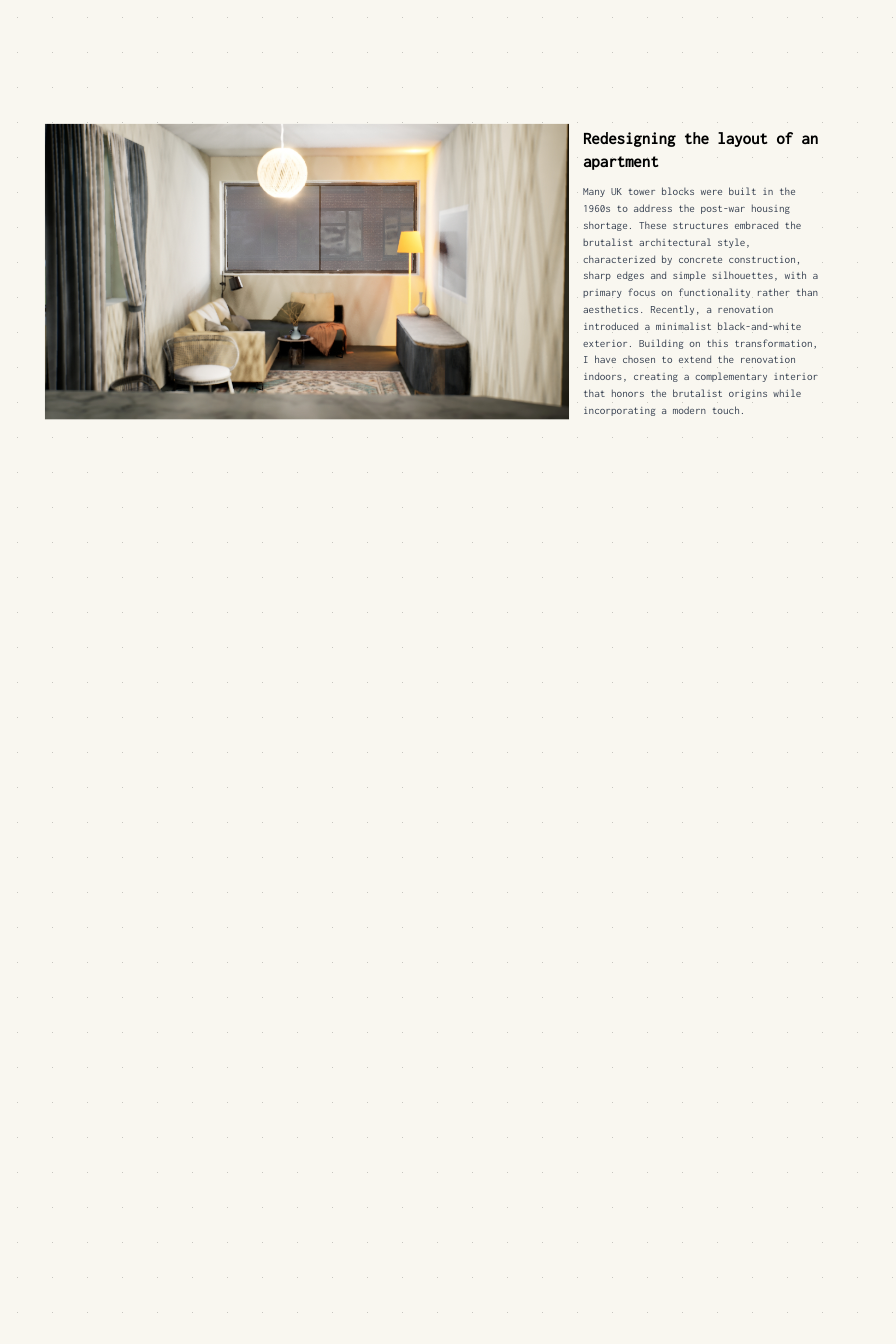
Repository: BBRRE/Portfolio-V2
Page: /#/Architecture
The author's editor kept a copy of each file at every save. The page is drawn from the files as they stood at one save, then again after the next save.
The browser window is 1280 px wide. The pictures show the part of the page from y = 0 to 1920 px (the page is 8069 px tall before and 4162 px after), at 70% of full size.
Some web fonts or font styles are not loaded; a fallback is used. The project was rebuilt for these pictures with package versions that can differ from the ones it lists, and the page was loaded fresh each time. Also part of the build but not shown: vite.config.js, src/Subjects/CompSci.jsx, src/Subjects/EEng.jsx, src/Subjects/Other.jsx, src/Projects Overview.jsx, src/HomePage.jsx, src/ErrorBoundary.jsx.

Above is the page before, as saved 2024-11-26 19:15:53.

After the next save:
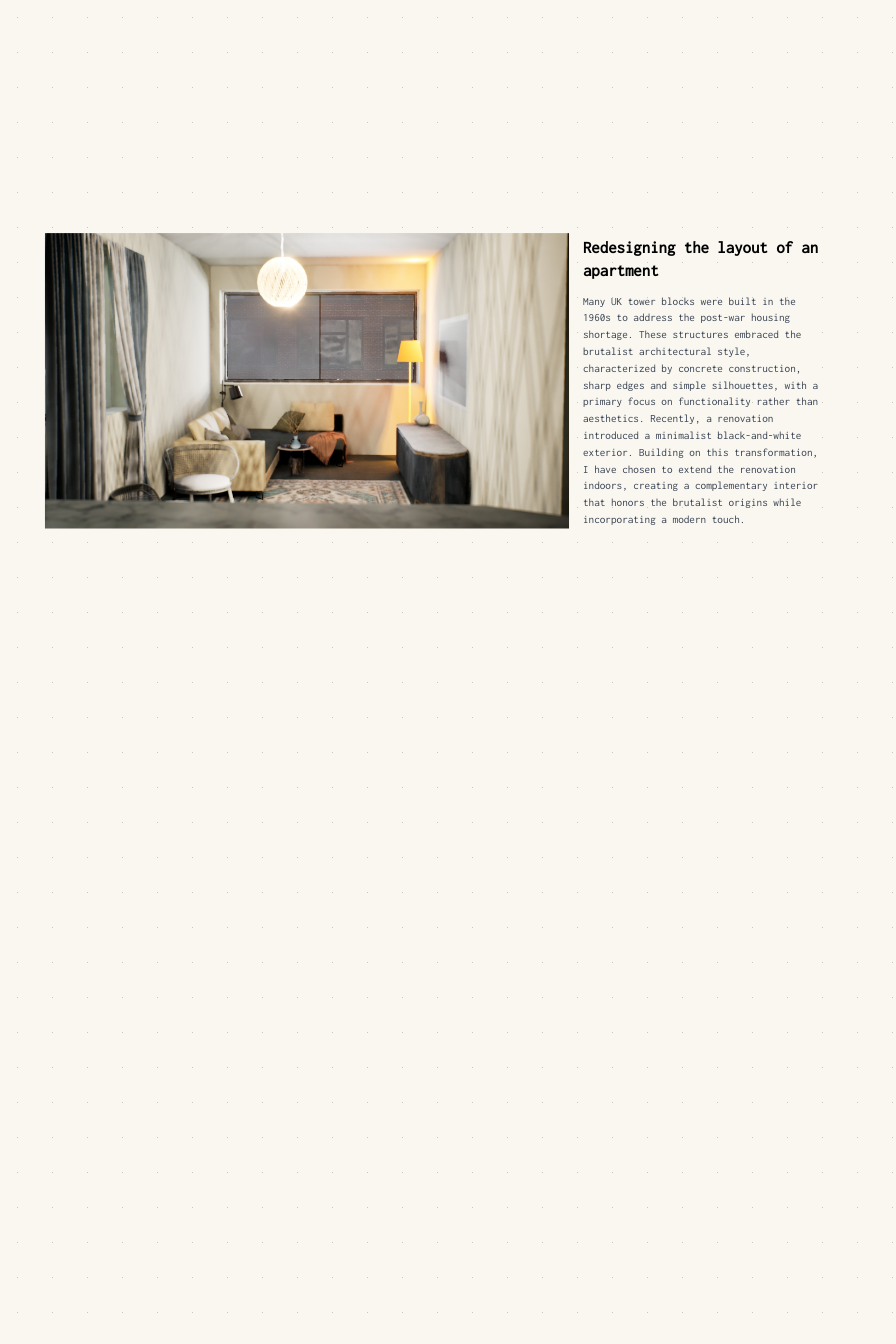
Saved 61 s later.
--- a/src/Subjects/Archi.jsx
+++ b/src/Subjects/Archi.jsx
@@ -95,10 +95,10 @@ const Arcchi = () => {
         animate="visible"
         variants={containerVariants}
       >
-        <div className="flex w-full mx-auto max-w-[1200px] flex-col px-4 md:px-6">
+        <div className={`flex w-full mx-auto max-w-[1200px] flex-col px-4 md:px-6  ${isExpanded ? '' : 'h-0'}`}>
           {/* Initial hero section */}
           <div
-            className={`flex flex-col md:flex-row w-full mx-auto max-w-[1200px] h-[60vh] md:h-[80vh] cursor-pointer relative z-10  ${isExpanded ? '' : 'h-0'}`}
+            className={`flex flex-col md:flex-row w-full mx-auto max-w-[1200px] h-[60vh] md:h-[80vh] cursor-pointer relative z-10 `}
             onClick={() => setIsExpanded(!isExpanded)}
           >
             {/* Mobile Image */}

After the save that followed:
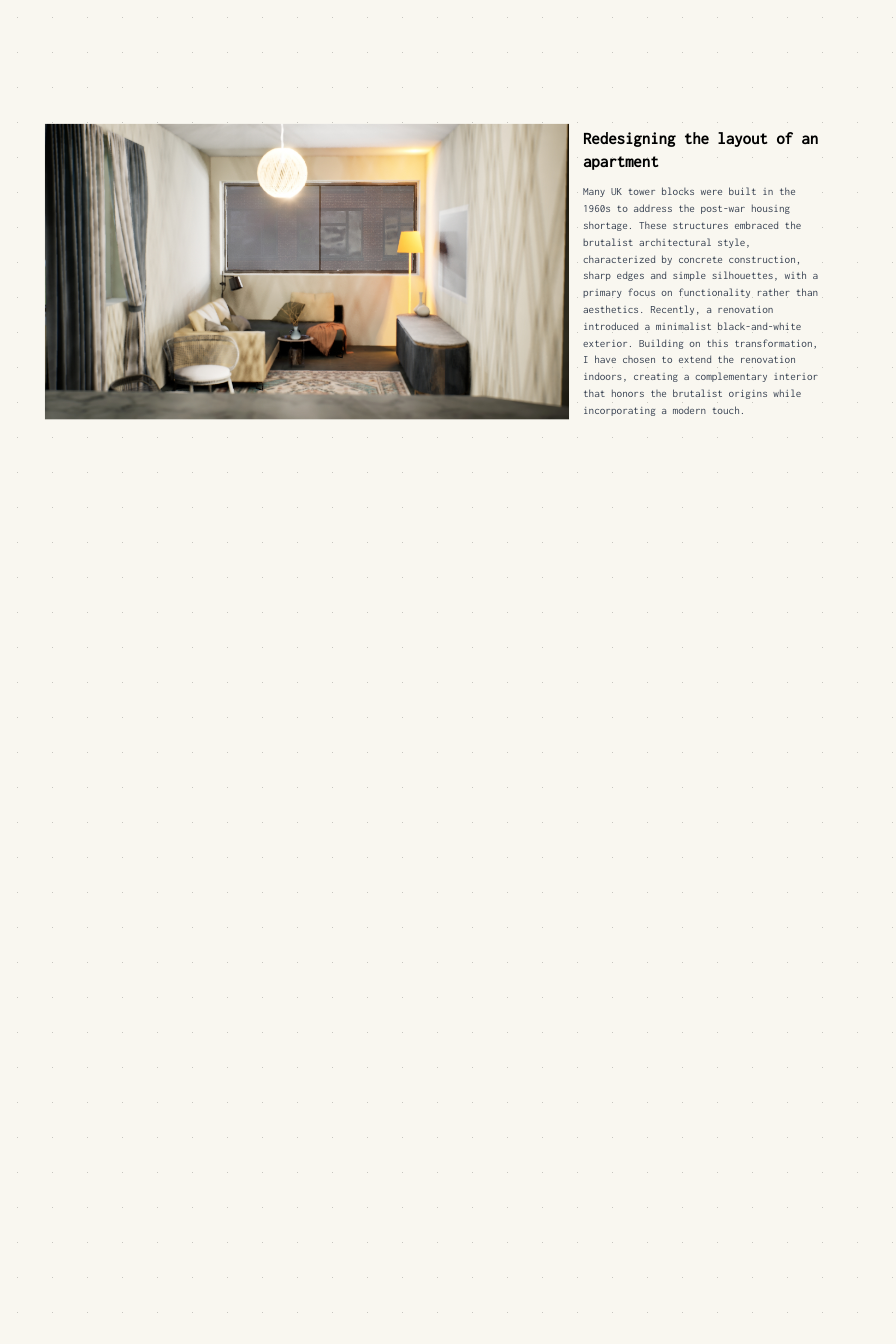
Saved 39 s later.
--- a/src/Subjects/Archi.jsx
+++ b/src/Subjects/Archi.jsx
@@ -95,10 +95,10 @@ const Arcchi = () => {
         animate="visible"
         variants={containerVariants}
       >
-        <div className={`flex w-full mx-auto max-w-[1200px] flex-col px-4 md:px-6  ${isExpanded ? '' : 'h-0'}`}>
+        <div className="flex w-full mx-auto max-w-[1200px] flex-col px-4 md:px-6">
           {/* Initial hero section */}
           <div
-            className={`flex flex-col md:flex-row w-full mx-auto max-w-[1200px] h-[60vh] md:h-[80vh] cursor-pointer relative z-10 `}
+            className="flex flex-col md:flex-row w-full mx-auto max-w-[1200px] h-[60vh] md:h-[80vh] cursor-pointer relative z-10"
             onClick={() => setIsExpanded(!isExpanded)}
           >
             {/* Mobile Image */}
